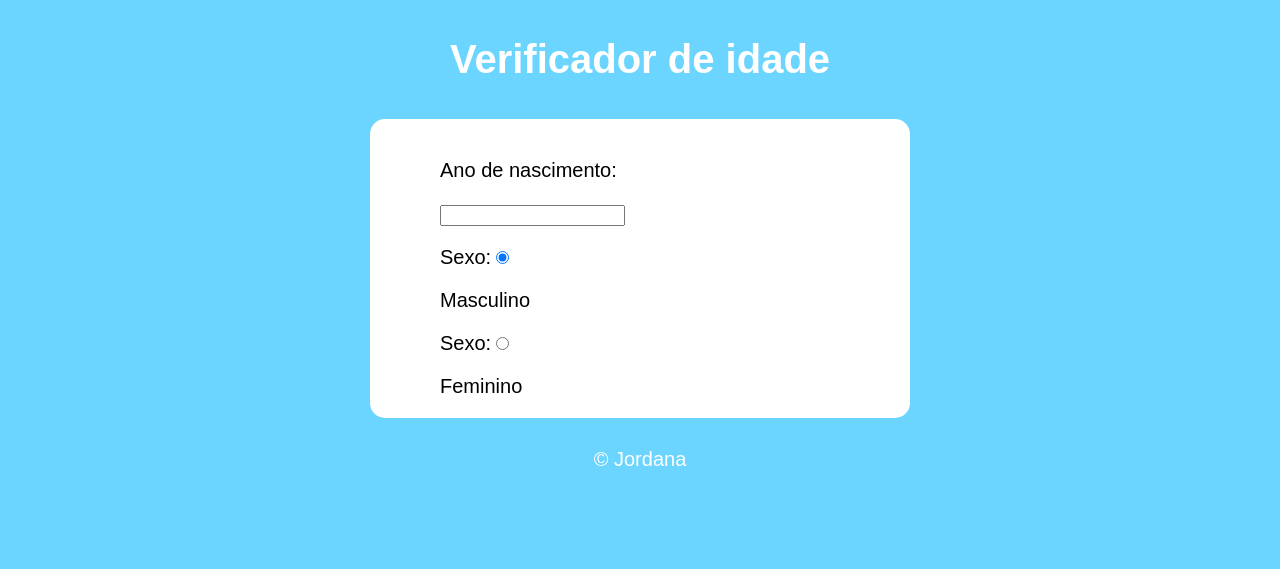
Repository: Iamjordana/Curso-JavaScript
Page: desafio/d02/index.html
An editor plug-in stored every save of this project. The page is shown before and after a run of saves, followed by the edit.
The browser window is 1280 px wide. The pictures show the whole page.

Above is the page before, as saved 2025-02-20 13:41:07.

After the next 3 saves:
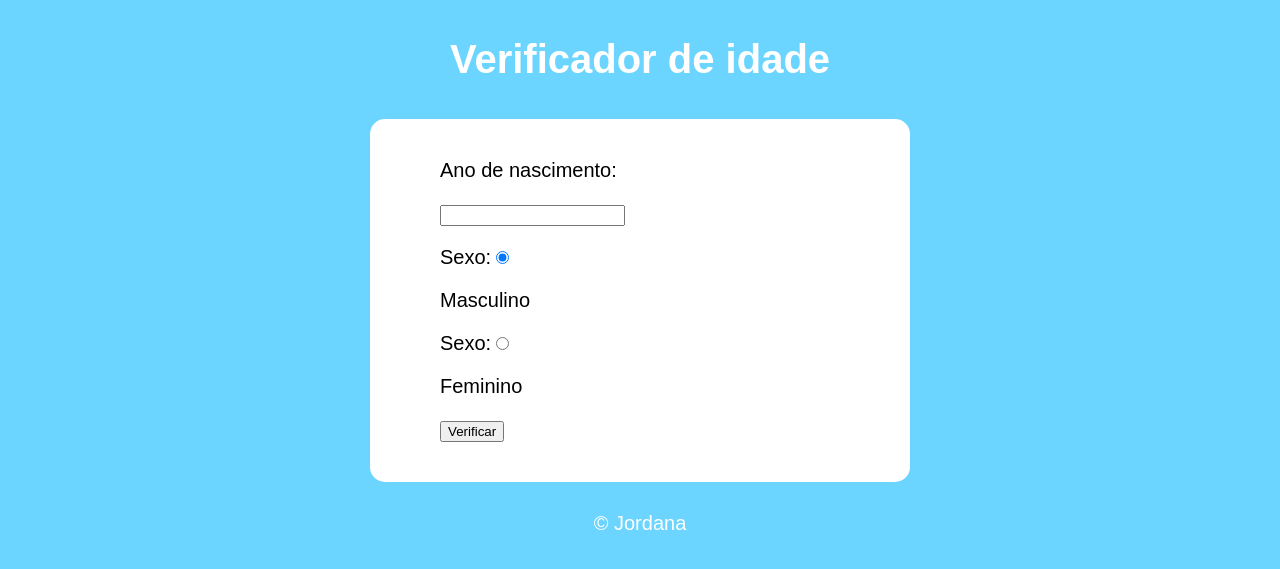
The 3 saves are shown as one change because they came seconds apart.
The last was saved 12 s later.
--- a/desafio/d02/index.html
+++ b/desafio/d02/index.html
@@ -18,7 +18,9 @@
            <label for="masc">Masculino</label>
            <p>Sexo:<input type="radio" name="res" id="fem"></p>
            <label for="fem">Feminino</label>
-
+            <p>
+                <button onclick="verificar()">Verificar</button>
+            </p>
 
         </div>
         <div id="res">
